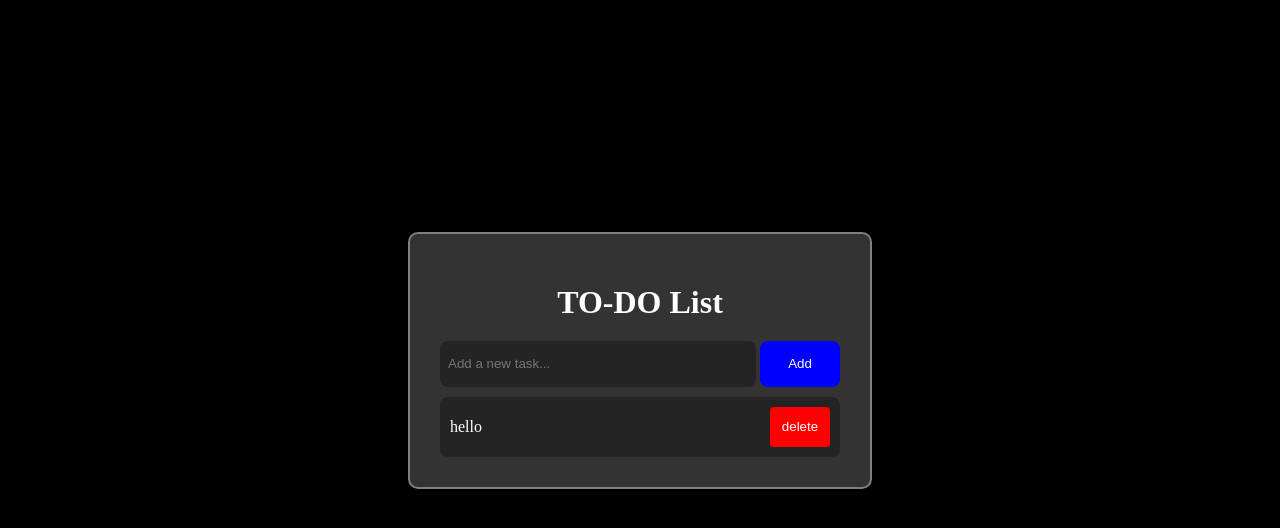
Repository: ksusmitha879-cyber/todo-list
Page: index.html
The author's editor kept a copy of each file at every save. The page is drawn from the files as they stood at one save, then again after the next save.
The browser window is 1280 px wide. The pictures show the whole page.

Above is the page before, as saved 2025-11-28 02:41:13.

### index.html
<!DOCTYPE html>
<html lang="en">
<head>
    <meta charset="UTF-8">
    <meta name="viewport" content="width=device-width, initial-scale=1.0">
    <title>TO-DO List</title>
    <link rel="stylesheet" href="style.css">
</head>
<body>
    <div class="container">
        <h1>TO-DO List</h1>
        <div class="input-container">
            <input type="text" id="todo-input" placeholder="Add a new task..."/>
            <button>Add</button>
        </div>
        <ul id="todo-list">
            <li>
                <span>hello</span>
                <button>delete</button>
            </li>
        </ul>
    </div>
</body>
</html>

### style.css
*{
    margin: 0;
    padding: 0;
    background-color: black;
    color: white;
}

html, body{
    height: 100%;
    display: grid;
    place-items: center;
}
.container{
    padding: 30px;
    background-color: rgb(51, 51, 51);
    width: 400px;
    height: auto;
    border: 2px solid grey;
    border-radius: 10px;
}
h1{
    display: flex;
    align-items: center;
    justify-content: center;
    background-color: rgb(51, 51, 51);
    margin: 20px;
}
.input-container{
    background-color: rgb(51, 51, 51);
    width: 100%;
    display: flex;
    justify-content: space-between;
}
input{
    background-color: #252424;
    color: white;
    width: 75%;
    height: 30px;
    border-radius: 8px;
    border-style: none;
    padding: 8px;
}
.input-container button{
    background-color: blue;
    color: white;
    width: 20%;
    height: auto;
    border-radius: 8px;
    border-style: none;
    padding: 8px;
    cursor: pointer;
}
ul{
    background-color: rgb(51, 51, 51);
}
li{
    background-color: #252424;
    list-style: none;
    margin-top: 10px;
    display: flex;
    align-items: center;
    justify-content: space-between;
    height: 40px;
    border-radius: 8px;
    padding: 10px;
}
span{
    background-color: #252424;
}
li button{
    background-color: red;
    border-radius: 4px;
    border-style: none;
    height: 40px;
    width: 60px;
}

After the next save:
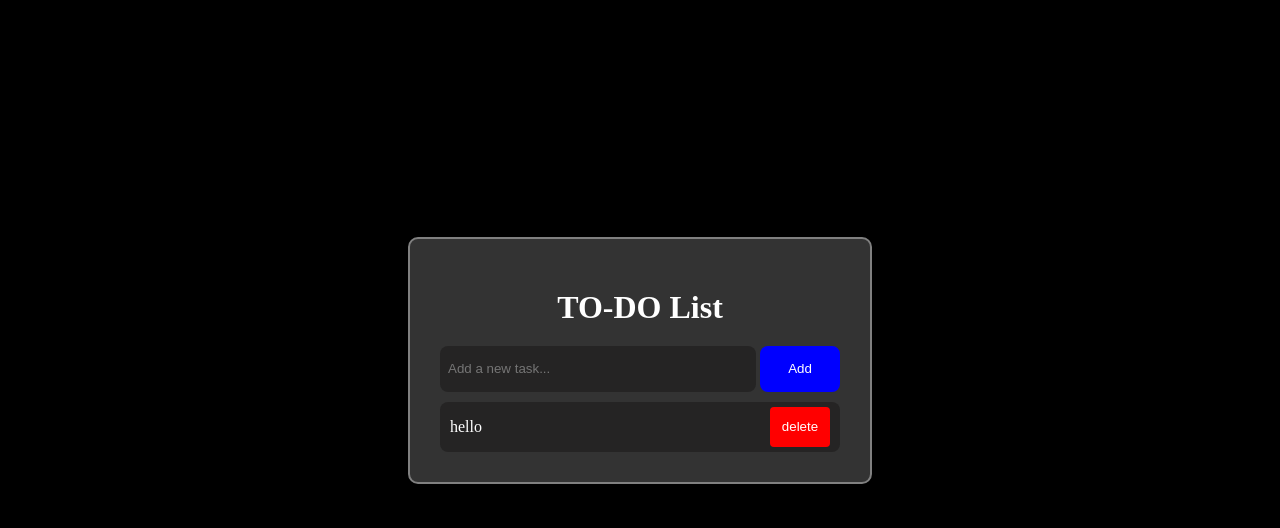
Saved 8 s later.
--- a/style.css
+++ b/style.css
@@ -60,7 +60,7 @@ li{
     display: flex;
     align-items: center;
     justify-content: space-between;
-    height: 40px;
+    height: 30px;
     border-radius: 8px;
     padding: 10px;
 }
